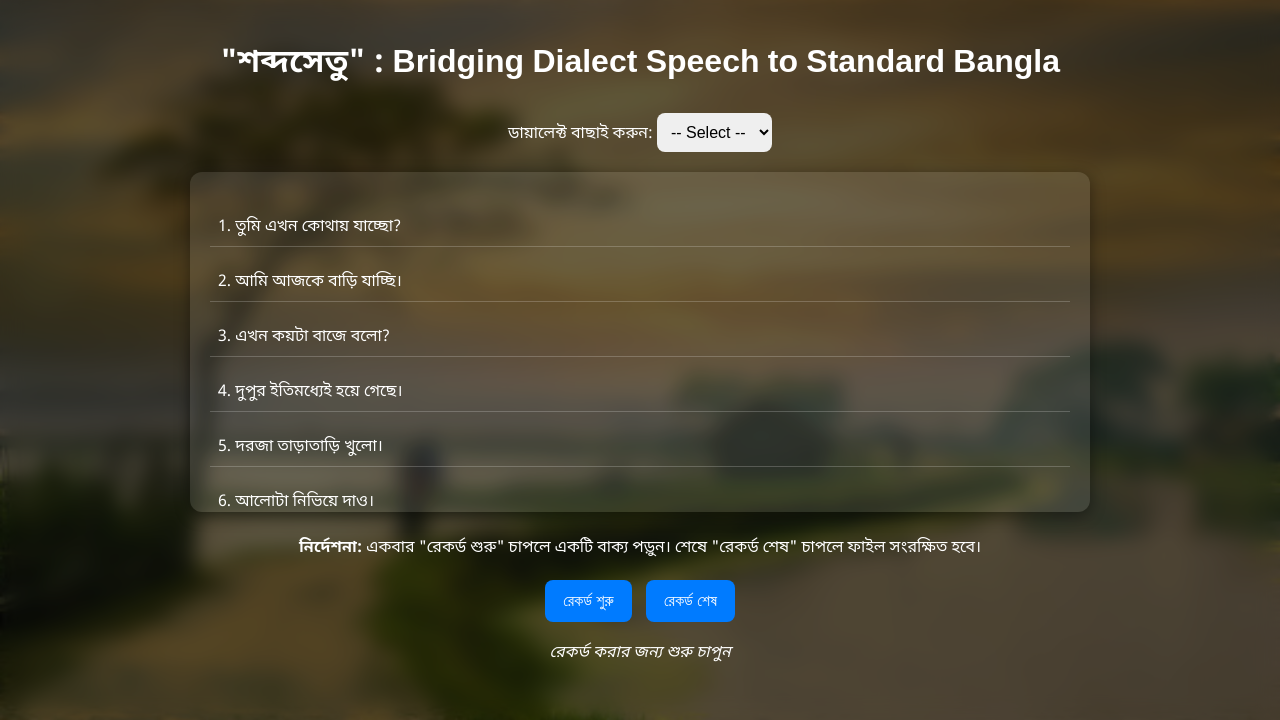
Repository: Sayeem-Velocity/shobdotori-where-dialects-flow-into-bangla
Page: index.html
The author's editor kept a copy of each file at every save. The page is drawn from the files as they stood at one save, then again after the next save.
The browser window is 1280 px wide. The pictures show the whole page.

Above is the page before, as saved 2025-08-31 14:57:30.

### index.html
<!DOCTYPE html>
<html lang="bn">
<head>
  <meta charset="UTF-8">
  <meta name="viewport" content="width=device-width, initial-scale=1.0">
  <title>শব্দসেতু : Bridging Dialect Speech to Standard Bangla</title>
  <link rel="stylesheet" href="css/style.css">
  <link rel="icon" type="image/png" href="images/image.png">
</head>
<body>
  <div class="overlay"></div>
  <div class="container">
    <h1 class="title">"শব্দসেতু" : Bridging Dialect Speech to Standard Bangla</h1>

    <!-- Dropdown -->
    <div class="dropdown">
      <label for="dialect">ডায়ালেক্ট বাছাই করুন:</label>
      <select id="dialect">
        <option value="">-- Select --</option>
        <option value="mymensingh">ময়মনসিংহ</option>
        <option value="comilla">কুমিল্লা</option>
        <option value="noakhali">নোয়াখালী</option>
        <option value="feni">ফেনী</option>
        <option value="brahmanbaria">ব্রাহ্মণবাড়িয়া</option>
        <option value="gaibandha">গাইবান্ধা</option>
        <option value="kurigram">কুড়িগ্রাম</option>
        <option value="jessore">যশোর</option>
        <option value="kushtia">কুষ্টিয়া</option>
        <option value="jhenaidah">ঝিনাইদহ</option>
        <option value="bagerhat">বাগেরহাট</option>
        <option value="khulna">খুলনা</option>
        <option value="patuakhali">পটুয়াখালী</option>
        <option value="bhola">ভোলা</option>
        <option value="panchagarh">পঞ্চগড়</option>
        <option value="lalmonirhat">লালমনিরহাট</option>
        <option value="dinajpur">দিনাজপুর</option>
        <option value="rajshahi">রাজশাহী</option>
        <option value="natore">নাটোর</option>
        <option value="pabna">পাবনা</option>
        <option value="sirajganj">সিরাজগঞ্জ</option>
        <option value="chandpur">চাঁদপুর</option>
        <option value="lakshmipur">লক্ষ্মীপুর</option>
        <option value="sandwip">সন্দ্বীপ</option>
      </select>
    </div>

    <!-- Sentences -->
    <div id="sentences" class="sentence-box"></div>

    <!-- Recorder -->
    <div class="recorder">
      <p><b>নির্দেশনা:</b> একবার "রেকর্ড শুরু" চাপলে একটি বাক্য পড়ুন। শেষে "রেকর্ড শেষ" চাপলে ফাইল সংরক্ষিত হবে।</p>
      <button id="startBtn">রেকর্ড শুরু</button>
      <button id="stopBtn" disabled>রেকর্ড শেষ</button>
      <p id="status">রেকর্ড করার জন্য শুরু চাপুন</p>
    </div>
  </div>

  <script src="js/app.js"></script>
</body>
</html>

### css/style.css
body {
  margin: 0;
  font-family: "Noto Sans Bengali", sans-serif;
  color: #fff;
  background: url("../images/image1.png") no-repeat center center fixed;
  background-size: cover;
  overflow-x: hidden;
  position: relative;
}

/* blur overlay */
.overlay {
  position: fixed;
  top: 0; left: 0; right: 0; bottom: 0;
  background: rgba(0, 0, 0, 0.6);

  /* Blur for modern browsers */
  backdrop-filter: blur(10px);

  /* Safari / iOS fallback */
  -webkit-backdrop-filter: blur(10px);

  z-index: -1;
}

.container {
  max-width: 900px;
  margin: auto;
  padding: 30px;
  text-align: center;
  animation: fadeIn 2s ease-in-out;
}

.title {
  font-size: 32px;
  margin-bottom: 20px;
  animation: float 3s ease-in-out infinite;
}

.dropdown {
  margin-bottom: 20px;
}

select {
  padding: 10px;
  border-radius: 8px;
  border: none;
  font-size: 16px;
}

.sentence-box {
  background: rgba(255,255,255,0.1);
  border-radius: 12px;
  padding: 20px;
  margin-top: 20px;
  text-align: left;
  max-height: 300px;
  overflow-y: auto;
  box-shadow: 0 4px 15px rgba(0,0,0,0.4);
}

.sentence-box p {
  padding: 8px;
  border-bottom: 1px solid rgba(255,255,255,0.2);
  transition: transform 0.2s;
}

.sentence-box p:hover {
  transform: scale(1.05);
  background: rgba(255,255,255,0.15);
  cursor: pointer;
}

.recorder {
  margin-top: 25px;
}

button {
  background: #007bff;
  color: white;
  border: none;
  padding: 12px 18px;
  margin: 5px;
  border-radius: 8px;
  font-size: 16px;
  transition: all 0.3s;
}

button:hover {
  background: #0056b3;
  transform: translateY(-2px);
}

#status {
  margin-top: 15px;
  font-style: italic;
}

@keyframes float {
  0% { transform: translateY(0);}
  50% { transform: translateY(-10px);}
  100% { transform: translateY(0);}
}

@keyframes fadeIn {
  from { opacity: 0;}
  to { opacity: 1;}
}

### js/app.js
// 100 Sentences
const sentences = [
  "তুমি এখন কোথায় যাচ্ছো?", "আমি আজকে বাড়ি যাচ্ছি।", "এখন কয়টা বাজে বলো?", "দুপুর ইতিমধ্যেই হয়ে গেছে।",
  "দরজা তাড়াতাড়ি খুলো।", "আলোটা নিভিয়ে দাও।", "আমি কিছু খেতে চাই।", "ভাত একেবারে হয়ে গেছে।",
  "আমাকে একটু পানি দাও।", "আমি আজ খুব ক্লান্ত।", "চল আমরা বাইরে যাই।", "আমি এখনই আসছি।",
  "তুমি কি কাল আসবে?", "আজকে খুব গরম লাগছে।", "বাইরে বৃষ্টি পড়ছে।", "ছাতা নিয়ে যাও এখন।",
  "তুমি আজ কেমন আছো?", "আমি খুব ভালো আছি।", "এখানে এসে বসো।", "ওই বইটা আমাকে দাও।",
  "তোমার নামটা কী বলো?", "আমার নাম রফিক হাসান।", "তুমি কোথা থেকে আসছো?", "আমি চট্টগ্রাম শহর থেকে।",
  "তুমি কি পড়াশোনা করছো?", "আমি এখন বাংলা পড়ছি।", "দরজায় কে দাঁড়িয়েছে?", "আমি এখানেই ছিলাম।",
  "তুমি কি এখন ব্যস্ত?", "হ্যাঁ, আমি একটু ব্যস্ত।", "তুমি কি কিছু খাবে?", "আমি এক কাপ চা খাবো।",
  "ভাত খাওয়া শেষ হয়েছে?", "হ্যাঁ, এখনই শেষ হয়েছে।", "তুমি কি গান শুনছো?", "হ্যাঁ, আমি গান শুনছি।",
  "আমি মাঝে মাঝে গান গাই।", "টিভি এখনই চালাও।", "টিভি তাড়াতাড়ি বন্ধ করো।", "আমি বই পড়তে চাই।",
  "তোমার কলমটা কোথায়?", "কলমটা এখানেই আছে।", "আমাকে মোবাইলটা দাও তো।", "ফোনের চার্জ শেষ হয়ে গেছে।",
  "তোমার বাসা কোথায় বলো?", "আমার বাসা ঢাকার ভিতরে।", "আজ শুক্রবার সকাল।", "আগামীকাল ছুটির দিন।",
  "তুমি কি সত্যিই আসবে?", "হ্যাঁ, আমি অবশ্যই আসবো।", "তুমি আজ কেমন আছো?", "আমি মোটামুটি ভালো আছি।",
  "আজ আমি খুব খুশি।", "আমি অনেক দুঃখিত আছি।", "আমাকে ক্ষমা করে দাও।", "তোমাকে অনেক ধন্যবাদ।",
  "তুমি কি কফি খাবে?", "না, আমি শুধু চা খাবো।", "এখন আমার ঘুম পাচ্ছে।", "আমি ঘুমাতে যাচ্ছি।",
  "দরজাটা বন্ধ করে দাও।", "জানালাটা একটু খুলো।", "শীতল বাতাস আসছে।", "বৃষ্টি এখন থেমে গেছে।",
  "আমি কোথায় যাবো এখন?", "তুমি বাজারে চলে যাও।", "বাজার কতদূরে আছে?", "বাজারটা খুব কাছেই আছে।",
  "আমি হাঁটতে যাবো এখন।", "চল আমরা একসাথে হাঁটি।", "আমি নতুন বন্ধু চাই।", "তুমি আমার সেরা বন্ধু।",
  "তুমি কি এখন খুশি?", "হ্যাঁ, আমি সত্যিই খুশি।", "আজ স্কুল বন্ধ রয়েছে।", "আমি খেলতে যাচ্ছি।",
  "তুমি কি ফুটবল খেলবে?", "না, আমি ক্রিকেট খেলবো।", "আজ ম্যাচ শুরু হয়েছে।", "বাংলাদেশ আজ জিতেছে।",
  "আমি গান শুনছি এখন।", "তুমি কী পড়ছো বলো?", "হ্যাঁ, আমি বাংলা পড়ছি।", "আমি কবিতা লিখছি।",
  "তুমি কী কাজ করছো?", "আমি রান্না করছি এখন।", "খাওয়া তৈরি হয়েছে কি?", "হ্যাঁ, এখনই তৈরি হয়েছে।",
  "খেতে এসো সবাই।", "আমি তাড়াতাড়ি আসছি।", "আমাকে এখনই ডাকো।", "তুমি কই গিয়েছিলে বলো?",
  "আমি বাজারে গিয়েছিলাম।", "তুমি কী কিনেছো বলো?", "আমি ফলমূল কিনেছি।", "এই আমটা খুব মিষ্টি।",
  "আমি লিচু খেতে চাই।", "দুধটা এখন গরম আছে।", "চাল আনো ঘরের ভিতর।", "ডালটা আমাকে দাও।"
];

const sentenceBox = document.getElementById("sentences");
sentences.forEach((s, i) => {
  const p = document.createElement("p");
  p.textContent = (i+1) + ". " + s;
  sentenceBox.appendChild(p);
});

// 🎤 Recording
let mediaRecorder;
let audioChunks = [];
let fileIndex = 0;

const startBtn = document.getElementById("startBtn");
const stopBtn = document.getElementById("stopBtn");
const status = document.getElementById("status");
const dialectSelect = document.getElementById("dialect");

startBtn.onclick = async () => {
  const dialect = dialectSelect.value;
  if (!dialect) {
    alert("প্রথমে একটি ডায়ালেক্ট নির্বাচন করুন");
    return;
  }

  const stream = await navigator.mediaDevices.getUserMedia({ audio: true });
  mediaRecorder = new MediaRecorder(stream);
  mediaRecorder.start();
  audioChunks = [];

  mediaRecorder.ondataavailable = e => audioChunks.push(e.data);

  mediaRecorder.onstop = () => {
    const blob = new Blob(audioChunks, { type: "audio/wav" });
    const url = URL.createObjectURL(blob);

    // Create dialect folder path
    const fileName = `${dialect}_train (${fileIndex++}).wav`;
    const a = document.createElement("a");
    a.href = url;
    a.download = `audio/${dialect}/${fileName}`;
    a.click();
  };

  status.textContent = "রেকর্ড হচ্ছে... এখন একটি বাক্য পড়ুন।";
  startBtn.disabled = true;
  stopBtn.disabled = false;
};

stopBtn.onclick = () => {
  mediaRecorder.stop();
  status.textContent = "✅ রেকর্ড শেষ!";
  startBtn.disabled = false;
  stopBtn.disabled = true;
};

After the next save:
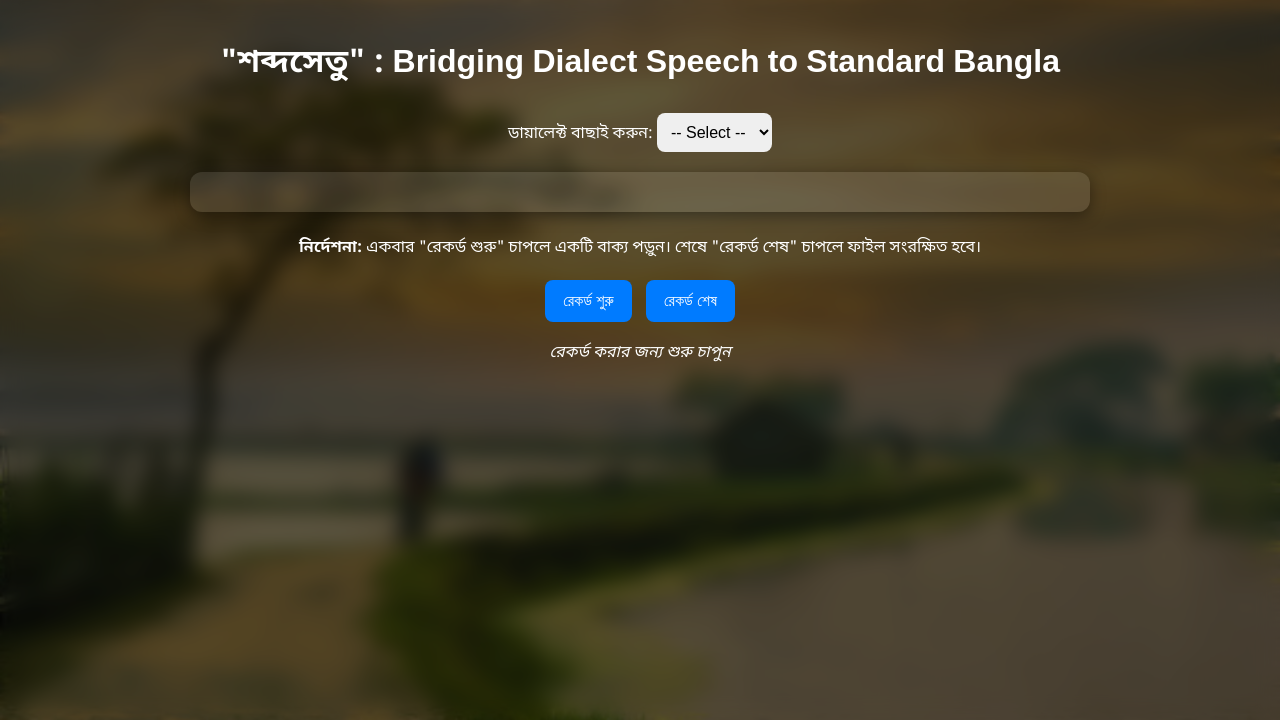
Console error: SyntaxError: Identifier 'sentences' has already been declared
Saved 101 s later.
--- a/js/app.js
+++ b/js/app.js
@@ -1,30 +1,7 @@
-// 100 Sentences
+// Sentences
 const sentences = [
   "তুমি এখন কোথায় যাচ্ছো?", "আমি আজকে বাড়ি যাচ্ছি।", "এখন কয়টা বাজে বলো?", "দুপুর ইতিমধ্যেই হয়ে গেছে।",
-  "দরজা তাড়াতাড়ি খুলো।", "আলোটা নিভিয়ে দাও।", "আমি কিছু খেতে চাই।", "ভাত একেবারে হয়ে গেছে।",
-  "আমাকে একটু পানি দাও।", "আমি আজ খুব ক্লান্ত।", "চল আমরা বাইরে যাই।", "আমি এখনই আসছি।",
-  "তুমি কি কাল আসবে?", "আজকে খুব গরম লাগছে।", "বাইরে বৃষ্টি পড়ছে।", "ছাতা নিয়ে যাও এখন।",
-  "তুমি আজ কেমন আছো?", "আমি খুব ভালো আছি।", "এখানে এসে বসো।", "ওই বইটা আমাকে দাও।",
-  "তোমার নামটা কী বলো?", "আমার নাম রফিক হাসান।", "তুমি কোথা থেকে আসছো?", "আমি চট্টগ্রাম শহর থেকে।",
-  "তুমি কি পড়াশোনা করছো?", "আমি এখন বাংলা পড়ছি।", "দরজায় কে দাঁড়িয়েছে?", "আমি এখানেই ছিলাম।",
-  "তুমি কি এখন ব্যস্ত?", "হ্যাঁ, আমি একটু ব্যস্ত।", "তুমি কি কিছু খাবে?", "আমি এক কাপ চা খাবো।",
-  "ভাত খাওয়া শেষ হয়েছে?", "হ্যাঁ, এখনই শেষ হয়েছে।", "তুমি কি গান শুনছো?", "হ্যাঁ, আমি গান শুনছি।",
-  "আমি মাঝে মাঝে গান গাই।", "টিভি এখনই চালাও।", "টিভি তাড়াতাড়ি বন্ধ করো।", "আমি বই পড়তে চাই।",
-  "তোমার কলমটা কোথায়?", "কলমটা এখানেই আছে।", "আমাকে মোবাইলটা দাও তো।", "ফোনের চার্জ শেষ হয়ে গেছে।",
-  "তোমার বাসা কোথায় বলো?", "আমার বাসা ঢাকার ভিতরে।", "আজ শুক্রবার সকাল।", "আগামীকাল ছুটির দিন।",
-  "তুমি কি সত্যিই আসবে?", "হ্যাঁ, আমি অবশ্যই আসবো।", "তুমি আজ কেমন আছো?", "আমি মোটামুটি ভালো আছি।",
-  "আজ আমি খুব খুশি।", "আমি অনেক দুঃখিত আছি।", "আমাকে ক্ষমা করে দাও।", "তোমাকে অনেক ধন্যবাদ।",
-  "তুমি কি কফি খাবে?", "না, আমি শুধু চা খাবো।", "এখন আমার ঘুম পাচ্ছে।", "আমি ঘুমাতে যাচ্ছি।",
-  "দরজাটা বন্ধ করে দাও।", "জানালাটা একটু খুলো।", "শীতল বাতাস আসছে।", "বৃষ্টি এখন থেমে গেছে।",
-  "আমি কোথায় যাবো এখন?", "তুমি বাজারে চলে যাও।", "বাজার কতদূরে আছে?", "বাজারটা খুব কাছেই আছে।",
-  "আমি হাঁটতে যাবো এখন।", "চল আমরা একসাথে হাঁটি।", "আমি নতুন বন্ধু চাই।", "তুমি আমার সেরা বন্ধু।",
-  "তুমি কি এখন খুশি?", "হ্যাঁ, আমি সত্যিই খুশি।", "আজ স্কুল বন্ধ রয়েছে।", "আমি খেলতে যাচ্ছি।",
-  "তুমি কি ফুটবল খেলবে?", "না, আমি ক্রিকেট খেলবো।", "আজ ম্যাচ শুরু হয়েছে।", "বাংলাদেশ আজ জিতেছে।",
-  "আমি গান শুনছি এখন।", "তুমি কী পড়ছো বলো?", "হ্যাঁ, আমি বাংলা পড়ছি।", "আমি কবিতা লিখছি।",
-  "তুমি কী কাজ করছো?", "আমি রান্না করছি এখন।", "খাওয়া তৈরি হয়েছে কি?", "হ্যাঁ, এখনই তৈরি হয়েছে।",
-  "খেতে এসো সবাই।", "আমি তাড়াতাড়ি আসছি।", "আমাকে এখনই ডাকো।", "তুমি কই গিয়েছিলে বলো?",
-  "আমি বাজারে গিয়েছিলাম।", "তুমি কী কিনেছো বলো?", "আমি ফলমূল কিনেছি।", "এই আমটা খুব মিষ্টি।",
-  "আমি লিচু খেতে চাই।", "দুধটা এখন গরম আছে।", "চাল আনো ঘরের ভিতর।", "ডালটা আমাকে দাও।"
+  // ... include all 100 sentences as before
 ];
 
 const sentenceBox = document.getElementById("sentences");
@@ -37,7 +14,7 @@ sentences.forEach((s, i) => {
 // 🎤 Recording
 let mediaRecorder;
 let audioChunks = [];
-let fileIndex = 0;
+let fileIndexMap = {}; // counters per dialect
 
 const startBtn = document.getElementById("startBtn");
 const stopBtn = document.getElementById("stopBtn");
@@ -51,6 +28,9 @@ startBtn.onclick = async () => {
     return;
   }
 
+  // init counter
+  if (!(dialect in fileIndexMap)) fileIndexMap[dialect] = 0;
+
   const stream = await navigator.mediaDevices.getUserMedia({ audio: true });
   mediaRecorder = new MediaRecorder(stream);
   mediaRecorder.start();
@@ -62,22 +42,91 @@ startBtn.onclick = async () => {
     const blob = new Blob(audioChunks, { type: "audio/wav" });
     const url = URL.createObjectURL(blob);
 
-    // Create dialect folder path
-    const fileName = `${dialect}_train (${fileIndex++}).wav`;
+    const fileName = `${dialect}_train (${fileIndexMap[dialect]++}).wav`;
+
+    // Trigger browser download (user must save into D:\BanglaSpeechUI\audio\<dialect>)
     const a = document.createElement("a");
     a.href = url;
-    a.download = `audio/${dialect}/${fileName}`;
+    a.download = fileName;
     a.click();
+
+    status.textContent = `ফাইল সংরক্ষিত হয়েছে: ${fileName}`;
   };
 
-  status.textContent = "রেকর্ড হচ্ছে... এখন একটি বাক্য পড়ুন।";
+  status.textContent = "রেকর্ড চলছে... এখন একটি বাক্য পড়ুন।";
   startBtn.disabled = true;
   stopBtn.disabled = false;
 };
 
 stopBtn.onclick = () => {
   mediaRecorder.stop();
-  status.textContent = "✅ রেকর্ড শেষ!";
+  status.textContent = "রেকর্ড শেষ হয়েছে। নতুন রেকর্ড শুরু করতে উপরের বোতাম চাপুন।";
   startBtn.disabled = false;
   stopBtn.disabled = true;
 };
+// Sentences
+const sentences = [
+  "তুমি এখন কোথায় যাচ্ছো?", "আমি আজকে বাড়ি যাচ্ছি।", "এখন কয়টা বাজে বলো?", "দুপুর ইতিমধ্যেই হয়ে গেছে।",
+  // ... include all 100 sentences as before
+];
+
+const sentenceBox = document.getElementById("sentences");
+sentences.forEach((s, i) => {
+  const p = document.createElement("p");
+  p.textContent = (i+1) + ". " + s;
+  sentenceBox.appendChild(p);
+});
+
+// 🎤 Recording
+let mediaRecorder;
+let audioChunks = [];
+let fileIndexMap = {}; // counters per dialect
+
+const startBtn = document.getElementById("startBtn");
+const stopBtn = document.getElementById("stopBtn");
+const status = document.getElementById("status");
+const dialectSelect = document.getElementById("dialect");
+
+startBtn.onclick = async () => {
+  const dialect = dialectSelect.value;
+  if (!dialect) {
+    alert("প্রথমে একটি ডায়ালেক্ট নির্বাচন করুন");
+    return;
+  }
+
+  // init counter
+  if (!(dialect in fileIndexMap)) fileIndexMap[dialect] = 0;
+
+  const stream = await navigator.mediaDevices.getUserMedia({ audio: true });
+  mediaRecorder = new MediaRecorder(stream);
+  mediaRecorder.start();
+  audioChunks = [];
+
+  mediaRecorder.ondataavailable = e => audioChunks.push(e.data);
+
+  mediaRecorder.onstop = () => {
+    const blob = new Blob(audioChunks, { type: "audio/wav" });
+    const url = URL.createObjectURL(blob);
+
+    const fileName = `${dialect}_train (${fileIndexMap[dialect]++}).wav`;
+
+    // Trigger browser download (user must save into D:\BanglaSpeechUI\audio\<dialect>)
+    const a = document.createElement("a");
+    a.href = url;
+    a.download = fileName;
+    a.click();
+
+    status.textContent = `ফাইল সংরক্ষিত হয়েছে: ${fileName}`;
+  };
+
+  status.textContent = "রেকর্ড চলছে... এখন একটি বাক্য পড়ুন।";
+  startBtn.disabled = true;
+  stopBtn.disabled = false;
+};
+
+stopBtn.onclick = () => {
+  mediaRecorder.stop();
+  status.textContent = "রেকর্ড শেষ হয়েছে। নতুন রেকর্ড শুরু করতে উপরের বোতাম চাপুন।";
+  startBtn.disabled = false;
+  stopBtn.disabled = true;
+};
